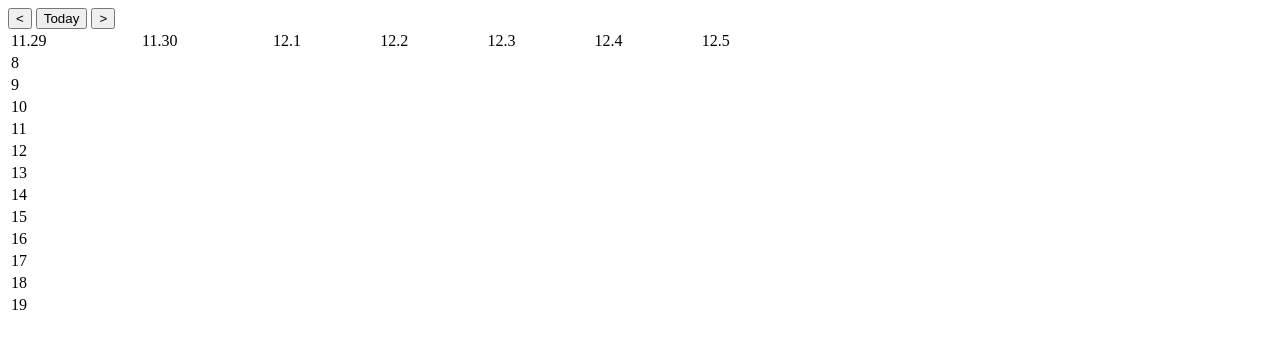
Repository: addictum/drawcalendar-1
Page: http://localhost/DrawCalendar/week.jsp
These files come from the project's save history. The page is drawn as it stood at one moment and after the next save; the edit follows.
The browser window is 1280 px wide. The pictures show the whole page.
Some web libraries are served in a nearby version. The page is served by Tomcat 9.

Above is the page before, as saved 2020-12-07 00:54:30.

After the next save:
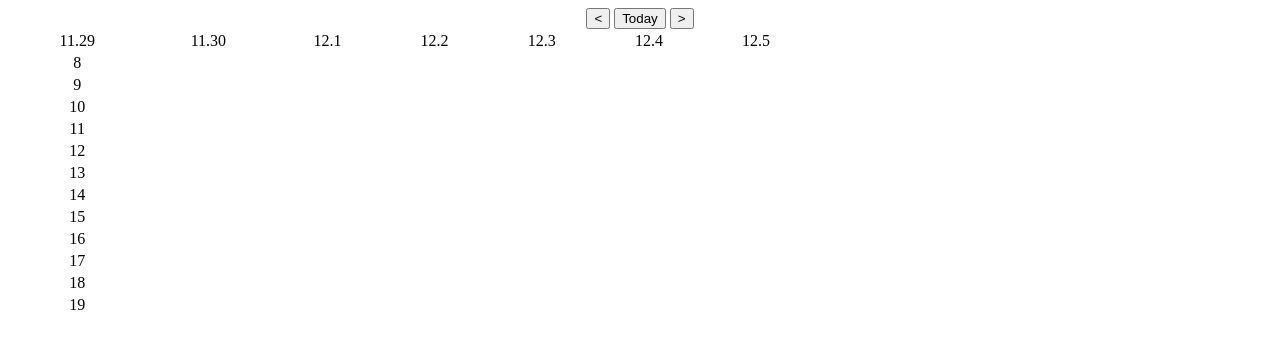
Saved 20 s later.
--- a/DrawCalendar/src/main/webapp/week.jsp
+++ b/DrawCalendar/src/main/webapp/week.jsp
@@ -7,7 +7,7 @@
 <title>Insert title here</title>
 <script src="https://code.jquery.com/jquery-3.2.1.min.js"></script>
 <style>
-	.container {
+	#container {
 		position: relative;
 		margin: 0 auto;
 		max-width: 1250px;
